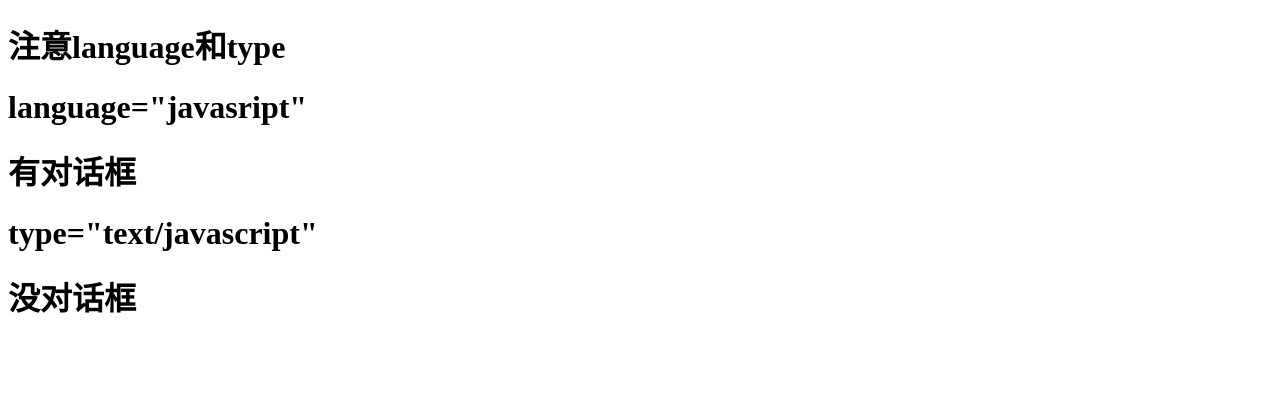
Repository: bookFireFly/bookFireFly
Page: JavaScriptMingriBook/Main/01算术运算符.html
The author's editor kept a copy of each file at every save. The page is drawn from the files as they stood at one save, then again after the next save.
The browser window is 1280 px wide. The pictures show the whole page.

Above is the page before, as saved 2017-10-18 09:41:08.
Console error: ReferenceError: aler is not defined

After the next save:
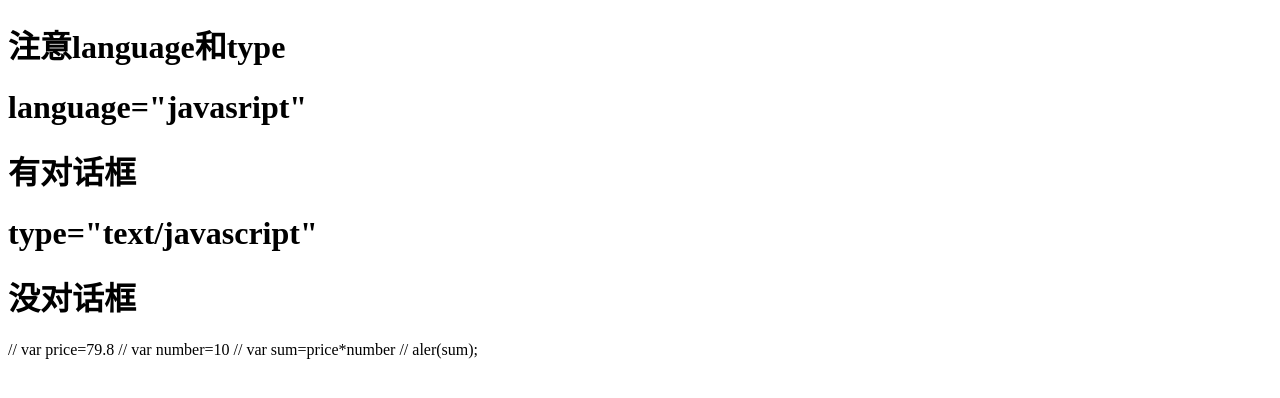
The error is gone.
Saved 30 s later.
--- a/JavaScriptMingriBook/Main/01算术运算符.html
+++ b/JavaScriptMingriBook/Main/01算术运算符.html
@@ -16,11 +16,11 @@ aler(sum);
 </script>
 <h1>type="text/javascript"</h1>
 <h1>没对话框</h1>
-<script type="text/javascript">
-var price=79.8
-var number=10
-var sum=price*number
-aler(sum);
-</script>
+<!-- <script type="text/javascript"> -->
+// var price=79.8
+// var number=10
+// var sum=price*number
+// aler(sum);
+<!-- </script> -->
 </body>
 </html>
